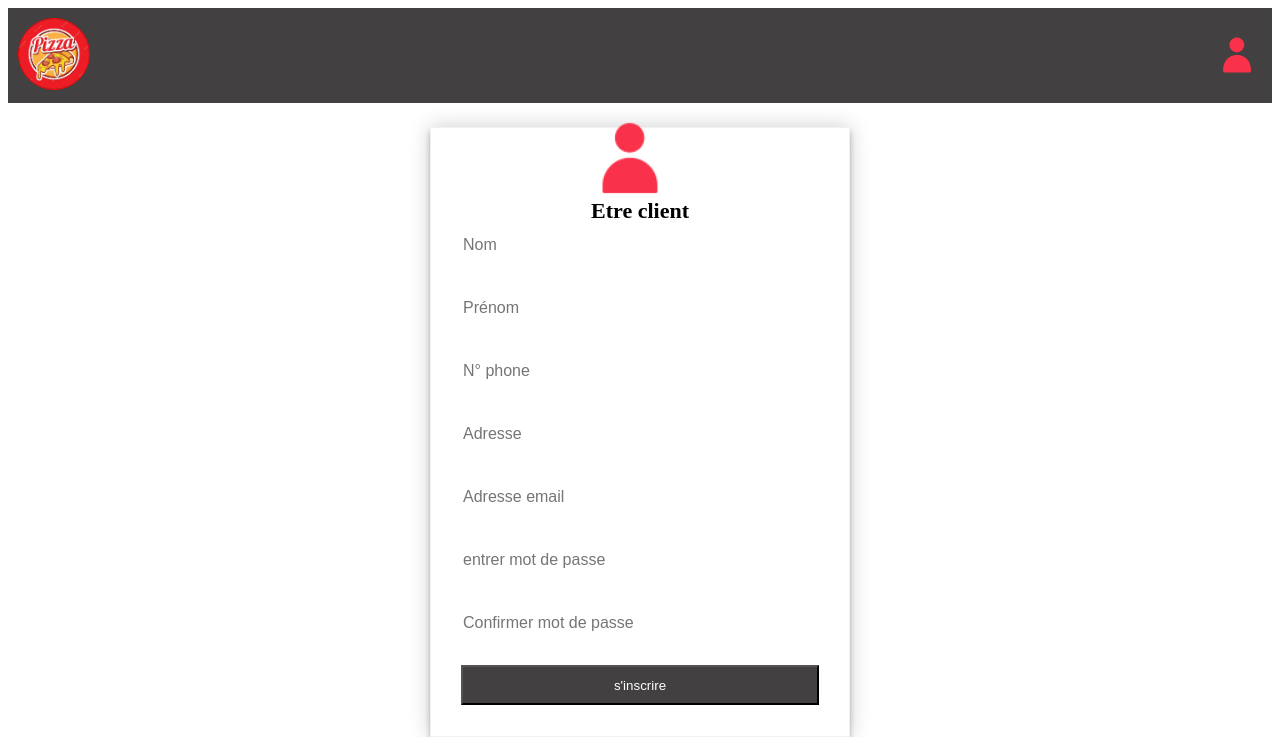
Repository: mlaminebah/PizzaWeb
Page: http://localhost/pizzaweb/Sinscrire
The author's editor kept a copy of each file at every save. The page is drawn from the files as they stood at one save, then again after the next save.
The browser window is 1280 px wide. The pictures show the whole page.
The page is served by Tomcat 9.

Above is the page before, as saved 2022-03-22 20:35:26.

After the next save:
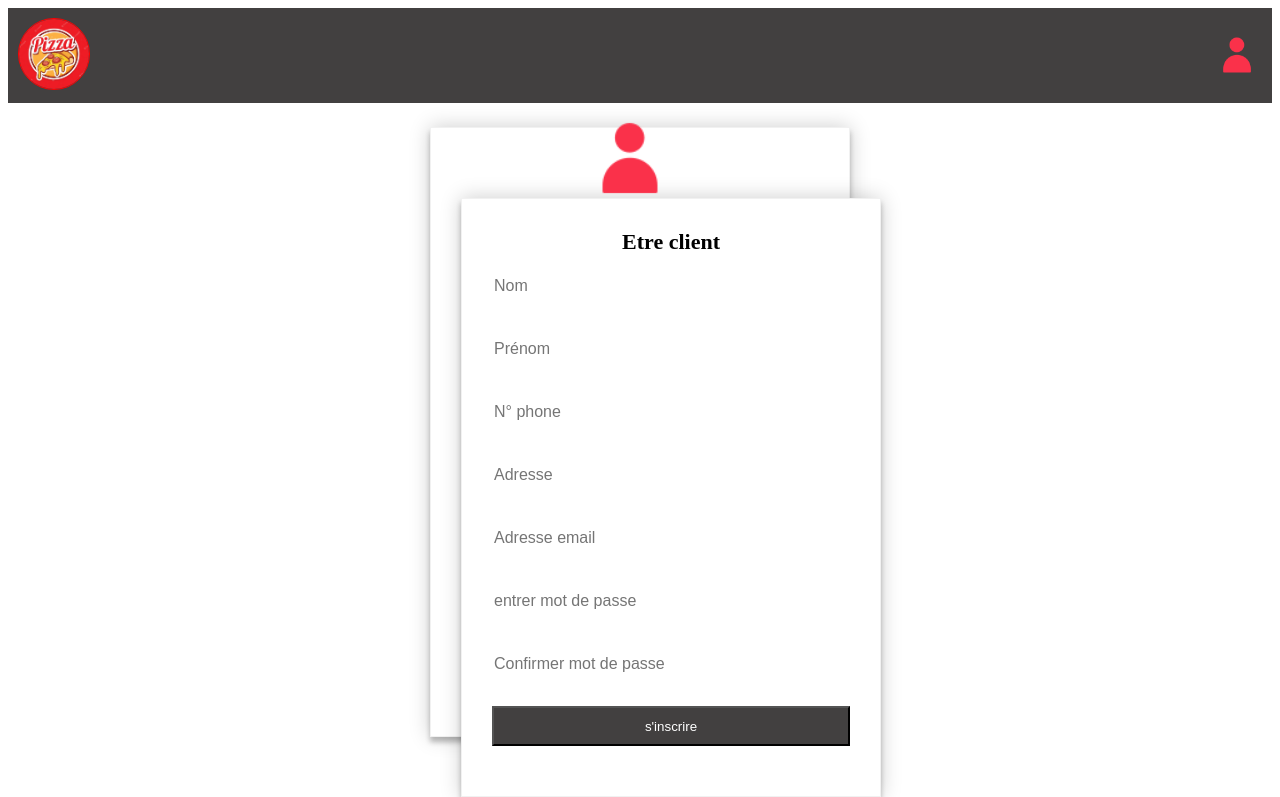
Saved 24 min 1 s later.
--- a/PizzaWeb/pizzaweb/src/main/webapp/sinscrire.jsp
+++ b/PizzaWeb/pizzaweb/src/main/webapp/sinscrire.jsp
@@ -3,17 +3,19 @@
 <%@ taglib uri="http://java.sun.com/jsp/jstl/core" prefix="c" %>
 <%@ include file="header.jsp" %>
 		<section class="signup">
-	        <img src="images/user.png" alt="profil" class="profil">
-	        <h1 class="sinscrire">Etre client</h1>
-	        <input type="text" placeholder="Nom" class="sig" name="nom">
-	        <input type="text" placeholder="Prénom" class="sig" name="prenom">
-	        <input type="text" placeholder="N° phone" class="sig" name="phone">
-	        <input type="text" placeholder="Adresse" class="sig" name="adress">
-	        <input type="email" placeholder="Adresse email" class="sig" name="email">
-	        <input type="password" placeholder="entrer mot de passe" name="mp" class="sig">
-	        <input type="password" placeholder="Confirmer mot de passe"  name="mpc" class="sig">
-	        <button class="bsins">s'inscrire</button>
-	        <c:if test="${!empty conForm.resultat}"><p class="erreur"><c:out value="${InsForm.resultat}"/></p></c:if>
+			<form action="Seconnecter" method="post" class="formcon">
+		        <img src="images/user.png" alt="profil" class="profil">
+		        <h1 class="sinscrire">Etre client</h1>
+		        <input type="text" placeholder="Nom" class="sig" name="nom">
+		        <input type="text" placeholder="Prénom" class="sig" name="prenom">
+		        <input type="text" placeholder="N° phone" class="sig" name="phone">
+		        <input type="text" placeholder="Adresse" class="sig" name="adress">
+		        <input type="email" placeholder="Adresse email" class="sig" name="email">
+		        <input type="password" placeholder="entrer mot de passe" name="mp" class="sig">
+		        <input type="password" placeholder="Confirmer mot de passe"  name="mpc" class="sig">
+		        <button class="bsins">s'inscrire</button>
+		        <c:if test="${!empty conForm.resultat}"><p class="erreur"><c:out value="${InsForm.resultat}"/></p></c:if>
+		    </form>
 	    </section>
 	</body>
 </html>

After the 2 saves that followed:
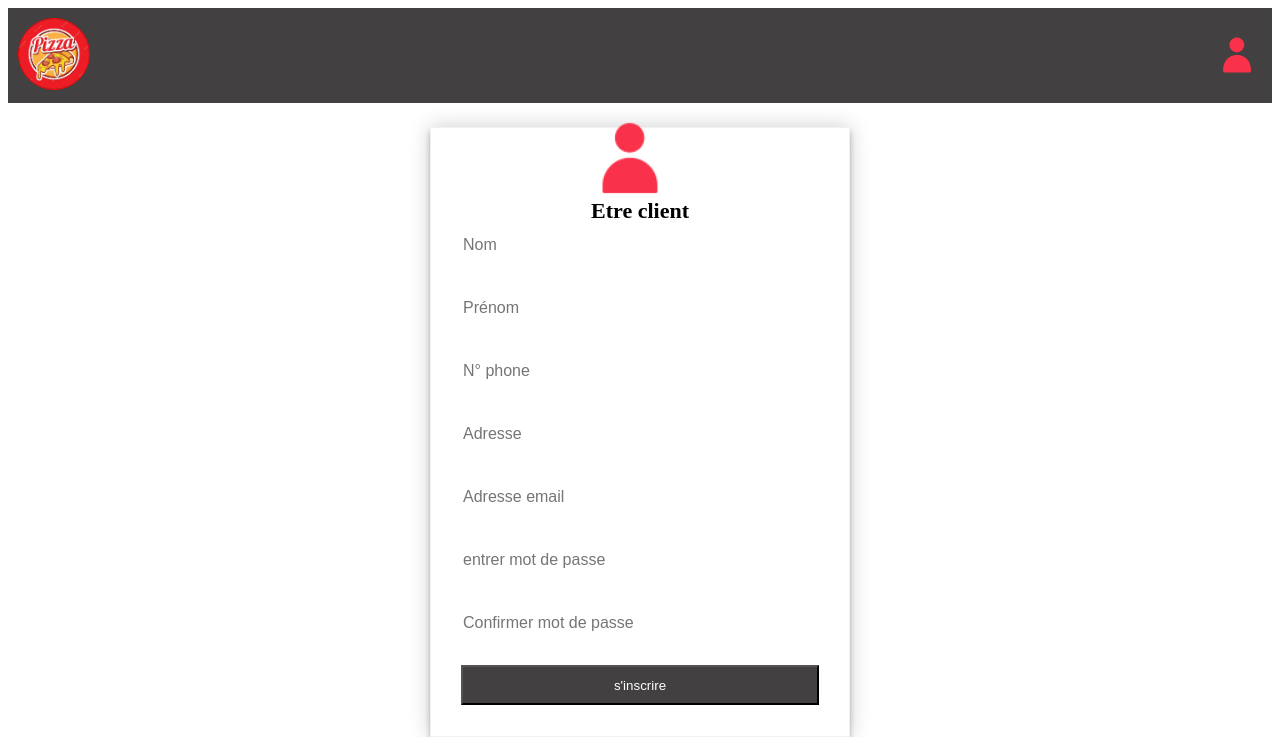
The 2 saves are shown as one change because 1 left the picture as it was.
The last was saved 17 s later.
--- a/PizzaWeb/pizzaweb/src/main/webapp/sinscrire.jsp
+++ b/PizzaWeb/pizzaweb/src/main/webapp/sinscrire.jsp
@@ -3,7 +3,7 @@
 <%@ taglib uri="http://java.sun.com/jsp/jstl/core" prefix="c" %>
 <%@ include file="header.jsp" %>
 		<section class="signup">
-			<form action="Seconnecter" method="post" class="formcon">
+			<form action="Seconnecter" method="post">
 		        <img src="images/user.png" alt="profil" class="profil">
 		        <h1 class="sinscrire">Etre client</h1>
 		        <input type="text" placeholder="Nom" class="sig" name="nom">
@@ -13,7 +13,7 @@
 		        <input type="email" placeholder="Adresse email" class="sig" name="email">
 		        <input type="password" placeholder="entrer mot de passe" name="mp" class="sig">
 		        <input type="password" placeholder="Confirmer mot de passe"  name="mpc" class="sig">
-		        <button class="bsins">s'inscrire</button>
+		        <button type="submit" class="bsins">s'inscrire</button>
 		        <c:if test="${!empty conForm.resultat}"><p class="erreur"><c:out value="${InsForm.resultat}"/></p></c:if>
 		    </form>
 	    </section>
